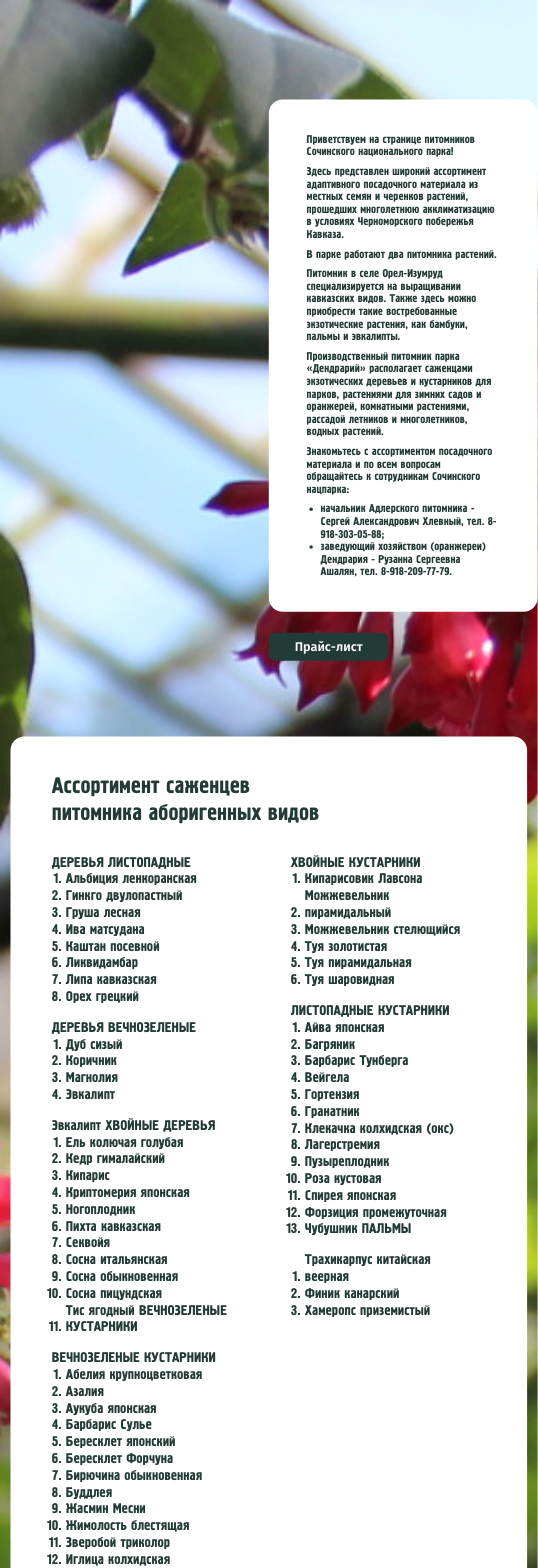
Repository: sem1103/np-sochi
Page: index.html
The author's editor kept a copy of each file at every save. The page is drawn from the files as they stood at one save, then again after the next save.
The browser window is 768 px wide. The pictures show the part of the page from y = 0 to 2240 px (the page is 4395 px tall before and 4071 px after), at 70% of full size.

Above is the page before, as saved 2024-01-17 22:25:50.

### index.html
<!DOCTYPE html>
<html lang="en">

<head>
    <meta charset="UTF-8">
    <meta name="viewport" content="width=device-width, initial-scale=1.0">
    <title>Сочинский Национальный Парк</title>

    <link rel="stylesheet" href="styles/reset.css">
    <link rel="stylesheet" href="styles/main.css">
</head>

<body>
    <div id="page">
        <header></header>

        <main>
            <div class="top__text container">
                <div class="text__content">
                    <p>
                        Приветствуем на странице питомников Сочинского национального парка!
                    </p>
                    <p>
                        Здесь представлен широкий ассортимент адаптивного посадочного материала из местных семян и
                        черенков растений, прошедших многолетнюю акклиматизацию в условиях Черноморского побережья
                        Кавказа.
                    </p>
                    <p>
                        В парке работают два питомника растений.
                    </p>
                    <p>
                        Питомник в селе Орел-Изумруд специализируется на выращивании кавказских видов. Также здесь можно
                        приобрести такие востребованные экзотические растения, как бамбуки, пальмы и эвкалипты.
                    </p>
                    <p>
                        Производственный питомник парка «Дендрарий» располагает саженцами экзотических деревьев и
                        кустарников для парков, растениями для зимних садов и оранжерей, комнатными растениями, рассадой
                        летников и многолетников, водных растений.
                    </p>
                    <p>
                        Знакомьтесь с ассортиментом посадочного материала и по всем вопросам обращайтесь к сотрудникам
                        Сочинского нацпарка:
                    </p>
                    <ul>
                        <li>начальник Адлерского питомника - Сергей Александрович Хлевный, тел. <a
                                href="tel:+79183030588">8-918-303-05-88</a>;</li>
                        <li>заведующий хозяйством (оранжереи) Дендрария - Рузанна Сергеевна Ашалян, тел.
                            8-918-209-77-79.</li>
                    </ul>
                </div>
                <div class="price__list">
                    <button>Прайс-лист</button>

                </div>
            </div>

            <div class="items__block container">
                <div class="item">
                    <h3>
                        Ассортимент саженцев <br>
                        питомника аборигенных видов
                    </h3>
                    <div>
                        <div class="left__items">
                            <h5>
                                ДЕРЕВЬЯ ЛИСТОПАДНЫЕ
                            </h5>
                            <ol>
                                <li><button>Альбиция ленкоранская</button></li>
                                <li><button>Гинкго двулопастный</button></li>
                                <li><button>Груша лесная</button></li>
                                <li><button>Ива матсудана</button></li>
                                <li><button>Каштан посевной</button></li>
                                <li><button>Ликвидамбар</button></li>
                                <li><button>Липа кавказская</button></li>
                                <li><button>Орех грецкий</button></li>
                            </ol>

                            <h5>
                                ДЕРЕВЬЯ ВЕЧНОЗЕЛЕНЫЕ
                            </h5>
                            <ol>
                                <li><button>Дуб сизый</button></li>
                                <li><button>Коричник</button></li>
                                <li><button>Магнолия</button></li>
                                <li><button>Эвкалипт</button></li>
                            </ol>

                            <h5>Эвкалипт ХВОЙНЫЕ ДЕРЕВЬЯ</h5>
                            <ol>
                                <li><button>Ель колючая голубая</button></li>
                                <li><button>Кедр гималайский</button></li>
                                <li><button>Кипарис </button></li>
                                <li><button>Криптомерия японская</button></li>
                                <li><button>Ногоплодник </button></li>
                                <li><button>Пихта кавказская</button></li>
                                <li><button>Секвойя </button></li>
                                <li><button>Сосна итальянская</button></li>
                                <li><button>Сосна обыкновенная</button></li>
                                <li><button>Сосна пицундская</button></li>
                                <li><button>Тис ягодный ВЕЧНОЗЕЛЕНЫЕ КУСТАРНИКИ</button></li>
                            </ol>

                            <h5>ВЕЧНОЗЕЛЕНЫЕ КУСТАРНИКИ</h5>
                            <ol>
                                <li><button>Абелия крупноцветковая</button></li>
                                <li><button>Азалия</button></li>
                                <li><button>Аукуба японская</button></li>
                                <li><button>Барбарис Сулье</button></li>
                                <li><button>Бересклет японский</button></li>
                                <li><button>Бересклет Форчуна</button></li>
                                <li><button>Бирючина обыкновенная</button></li>
                                <li><button>Буддлея</button></li>
                                <li><button>Жасмин Месни</button></li>
                                <li><button>Жимолость блестящая</button></li>
                                <li><button>Зверобой триколор</button></li>
                                <li><button>Иглица колхидская</button></li>
                                <li><button>Камелия</button></li>
                                <li><button>Каллистемон</button></li>
                                <li><button>Керия японская</button></li>
                                <li><button>Кизильники</button></li>
                                <li><button>Лавровишня</button></li>
                                <li><button>Магония</button></li>
                                <li><button>Мирт</button></li>
                                <li><button>Нандина домашняя</button></li>
                                <li><button>Олеандр</button></li>
                                <li><button>Падуб</button></li>
                                <li><button>Пираканта</button></li>
                                <li><button>Розмарин</button></li>
                                <li><button>Самшит колхидский</button></li>
                                <li><button>Саркококка</button></li>
                                <li><button>Серисса</button></li>
                                <li><button>Смолосемянник</button></li>
                                <li><button>Эрика</button></li>
                                <li><button>Эскаллония красная</button></li>
                            </ol>
                        </div>

                        <div class="right__items">
                            <h5>ХВОЙНЫЕ КУСТАРНИКИ</h5>
                            <ol>
                                <li><button>Кипарисовик Лавсона</button></li>
                                <li><button>Можжевельник пирамидальный</button></li>
                                <li><button>Можжевельник стелющийся</button></li>
                                <li><button>Туя золотистая</button></li>
                                <li><button>Туя пирамидальная</button></li>
                                <li><button>Туя шаровидная</button></li>
                            </ol>

                            <h5>ЛИСТОПАДНЫЕ КУСТАРНИКИ</h5>
                            <ol>
                                <li><button>Айва японская</button></li>
                                <li><button>Багряник</button></li>
                                <li><button>Барбарис Тунберга</button></li>
                                <li><button>Вейгела</button></li>
                                <li><button>Гортензия</button></li>
                                <li><button>Гранатник</button></li>
                                <li><button>Клекачка колхидская (окс)</button></li>
                                <li><button>Лагерстремия</button></li>
                                <li><button>Пузыреплодник</button></li>
                                <li><button>Роза кустовая</button></li>
                                <li><button>Спирея японская</button></li>
                                <li><button>Форзиция промежуточная</button></li>
                                <li><button>Чубушник ПАЛЬМЫ</button></li>
                            </ol>
                            <ol>
                                <li><button>Трахикарпус китайская веерная</button></li>
                                <li><button>Финик канарский</button></li>
                                <li><button>Хамеропс приземистый</button></li>
                            </ol>
                        </div>
                    </div>
                </div>

                <div class="item">
                    <h3>Ассортимент питомника  <br>
                        оранжереи Дендрария</h3>
                    <div>
                        <div class="left__items">
                            <ol>
                                <li><button>Агава</button></li>
                                <li><button>Аглаонема</button></li>
                                <li><button>Азалия</button></li>
                                <li><button>Аир</button></li>
                                <li><button>Акалифа</button></li>
                                <li><button>Алоказия</button></li>
                                <li><button>Алоэ</button></li>
                                <li><button>Антуриум</button></li>
                                <li><button>Аспарагус</button></li>
                                <li><button>Аукуба</button></li>
                                <li><button>Банан</button></li>
                                <li><button>Барбарис</button></li>
                                <li><button>Барвинок</button></li>
                                <li><button>Бересклет</button></li>
                                <li><button>Бегония</button></li>
                                <li><button>Бирючина</button></li>
                                <li><button>Бромелевые</button></li>
                                <li><button>Бугенвиллия</button></li>
                                <li><button>Водные растения</button></li>
                                <li><button>Гардения</button></li>
                                <li><button>Герань</button></li>
                                <li><button>Гибискус</button></li>
                                <li><button>Гинкго двулопастный</button></li>
                                <li><button>Гофмания</button></li>
                                <li><button>Гортензии</button></li>
                                <li><button>Говения</button></li>
                                <li><button>Гранат</button></li>
                                <li><button>Гуаява</button></li>
                                <li><button>Глициния</button></li>
                                <li><button>Дифенбахия</button></li>
                                <li><button>Драцена</button></li>
                                <li><button>Жасмин</button></li>
                                <li><button>Жимолость</button></li>
                                <li><button>Идезия</button></li>
                                <li><button>Ива</button></li>
                                <li><button>Изолепис</button></li>
                                <li><button>Камелия</button></li>
                                <li><button>Кактус</button></li>
                                <li><button>Кардамон</button></li>
                                <li><button>Канна</button></li>
                                <li><button>Киви</button></li>
                                <li><button>Кизильник</button></li>
                                <li><button>Клеродендрум</button></li>
                                <li><button>Кордилина</button></li>
                                <li><button>Корнус</button></li>
                                <li><button>Красивоплодник</button></li>
                                <li><button>Кротон</button></li>
                                <li><button>Кудрания</button></li>
                                <li><button>Куфея</button></li>
                                <li><button>Лаванда</button></li>
                                <li><button>Лавр</button></li>
                                <li><button>Лавровишня</button></li>
                                <li><button>Лагерстремия</button></li>
                            </ol>
                        </div>

                        <div class="right__items">
                            <ol start="54">
                                <li><button>Лен новозеландский</button></li>
                                <li><button>Лимон</button></li>
                                <li><button>Лох</button></li>
                                <li><button>Магнолия</button></li>
                                <li><button>Магония</button></li>
                                <li><button>Мимоза</button></li>
                                <li><button>Мирт</button></li>
                                <li><button>Монстера</button></li>
                                <li><button>Муррая</button></li>
                                <li><button>Мушмула</button></li>
                                <li><button>Нандина</button></li>
                                <li><button>Ногоплодник</button></li>
                                <li><button>Олеандр</button></li>
                                <li><button>Офиопогон</button></li>
                                <li><button>Пальмы</button></li>
                                <li><button>Папайя</button></li>
                                <li><button>Папаротник</button></li>
                                <li><button>Пассифлора</button></li>
                                <li><button>Пахистахис</button></li>
                                <li><button>Пеперомия</button></li>
                                <li><button>Пилея</button></li>
                                <li><button>Пираканта</button></li>
                                <li><button>Плющ в ассортименте</button></li>
                                <li><button>Рафиолепис</button></li>
                                <li><button>Роза кустовая</button></li>
                                <li><button>Розмарин</button></li>
                                <li><button>Русселия</button></li>
                                <li><button>Самшит</button></li>
                                <li><button>Саньсивьера</button></li>
                                <li><button>Серисса</button></li>
                                <li><button>Сингониум</button></li>
                                <li><button>Смолосемянник</button></li>
                                <li><button>Спирея</button></li>
                                <li><button>Спатифилиум</button></li>
                                <li><button>Суккуленты</button></li>
                                <li><button>Сциндапсус</button></li>
                                <li><button>Текома</button></li>
                                <li><button>Тетрастигма</button></li>
                                <li><button>Тунбергия</button></li>
                                <li><button>Фатсхидера</button></li>
                                <li><button>Фейхоа</button></li>
                                <li><button>Фикус</button></li>
                                <li><button>Филодендрон</button></li>
                                <li><button>Фиттония</button></li>
                                <li><button>Форзиция</button></li>
                                <li><button>Хвойные</button></li>
                                <li><button>Хлорофитум</button></li>
                                <li><button>Хоста</button></li>
                                <li><button>Циперус</button></li>
                                <li><button>Циссус</button></li>
                                <li><button>Эвкалипт</button></li>
                                <li><button>Юкка</button></li>
                                <li><button>Якобиния</button></li>
                            </ol>
                        </div>
                    </div>

                </div>
            </div>
        </main>

        <footer></footer>
    </div>
</body>

</html>

### styles/reset.css

:root{
    --gray: #233B37;
}
html{
    scroll-behavior: smooth;
}
html,
body,
div,
span,
applet,
object,
iframe,
h1,
h2,
h3,
h4,
h5,
h6,
p,
blockquote,
pre,
a,
abbr,
acronym,
address,
big,
cite,
code,
del,
dfn,
em,
img,
ins,
kbd,
q,
s,
samp,
small,
strike,
strong,
sub,
sup,
tt,
var,
b,
u,
i,
center,
dl,
dt,
dd,
ol,
ul,
li,
fieldset,
form,
label,
legend,
table,
caption,
tbody,
tfoot,
thead,
tr,
th,
td,
article,
aside,
canvas,
details,
embed,
figure,
figcaption,
footer,
header,
hgroup,
menu,
nav,
output,
ruby,
section,
summary,
time,
mark,
audio,
video {
    margin: 0;
    padding: 0;
    border: 0;
    font-size: 100%;
    font: inherit;
    vertical-align: baseline
}

article,
aside,
details,
figcaption,
figure,
footer,
header,
hgroup,
menu,
nav,
section {
    display: block
}

body {
    line-height: 1;
    font-family: Hermes;
}

ol,
ul {
    list-style: none
}

blockquote,
q {
    quotes: none
}

blockquote:before,
blockquote:after,
q:before,
q:after {
    content: '';
    content: none
}

table {
    border-collapse: collapse;
    border-spacing: 0
}

a {
    text-decoration: none;
    color: var(--gray);
    transition: all .3s ease-in-out
}

a:hover {
    color: #365edc;
}

* {
    box-sizing: border-box
}




.active__menu{
    opacity: .7;
    color: var(--gray);
}
#page{
    min-height: 100vh;
}

.container{
    max-width: 1652px;
    margin: auto;
    padding: 0 15px;
}
main img{
    width: 100%;
    height: auto;
}

### styles/main.css
@import url('https://fonts.googleapis.com/css2?family=Fira+Sans:wght@600&display=swap');
@font-face {
    font-family: 'Hermes';
    src: url('font/hermes.ttf'),
    url(font/hermes.woff),
    url(font/hermes.woff2) ;

}


main{
    background: url(../img/main-bg.png) center/cover;
}
p, li{
    font: 16px 'Hermes';
    color: var(--gray);
}
p{
    margin: 0 0 10px 0;
}
.top__text{
    padding: 142px 0 108px 0;
}
.text__content{
    padding: 48px 54px;
    background-color: #fff;
    width: 50%;
    margin: 0 0 30px auto;
    border-radius: 20px;
}
li{
    list-style: disc;
    margin: 0 0 0 20px;
}
.price__list{
    width: 50%;
    margin: 0 0 0 auto;
}
.price__list button{
    padding: 9px 37px;
    font: 600 18px 'Fira Sans';
    margin: 0;
    background: var(--gray);
    color: #fff;
    border: 0;
    border-radius: 10px;
    cursor: pointer;
    transition: all .3s ease-in-out;
}
.price__list button:hover{
    opacity: .8;
}

h3{
    color: var(--gray);
    font: 32px 'Hermes';
    margin: 0 0 40px 0;
}
h5{
    color: var(--gray);
    font: 20px Hermes;
}
.items__block{
    display: flex;
    flex-direction: row;
    justify-content: space-between;
    padding-bottom: 121px;
}
.item{
    flex-basis: calc(50% - 25px);
    background: #fff;
    padding: 52px 88px 61px 59px;
    border-radius: 20px;

}
.item > div{
    display: flex;
    justify-content: space-between;
}
ol{
    margin: 0 0 20px 0;
}
ol li{
    list-style: decimal;
    font: 20px Hermes;
    color: var(--gray);
}
ol button{
    font: inherit;
    color: inherit;
    border: 0;
    padding: 0;
    background: transparent;
    text-align: left;
    cursor: pointer;
}
.left__items{
    margin: 0 10px 0 0;
}



/*Media*/
@media only screen and (max-width:1200px) {
    .items__block{
        flex-direction: column;
    }
}

After the next save:
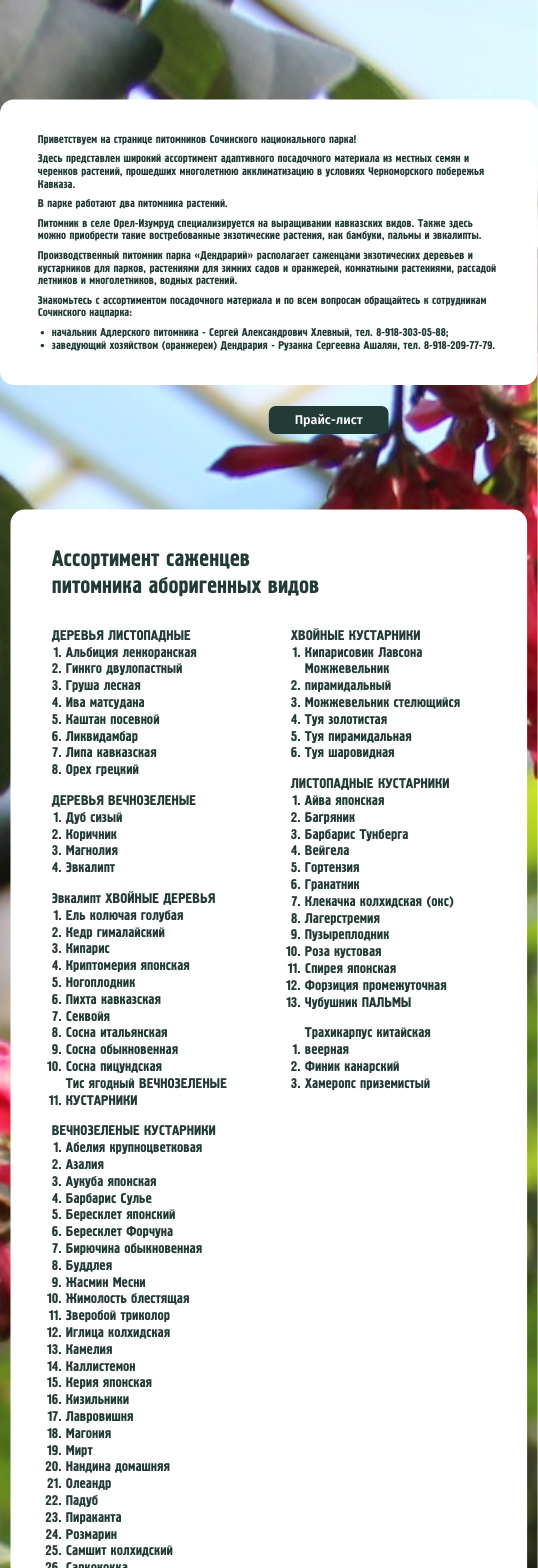
Saved 78 s later.
--- a/styles/main.css
+++ b/styles/main.css
@@ -106,3 +106,8 @@ ol button{
         flex-direction: column;
     }
 }
+@media only screen and (max-width:1000px) {
+    .text__content{
+        width: 100%;
+    }
+}
